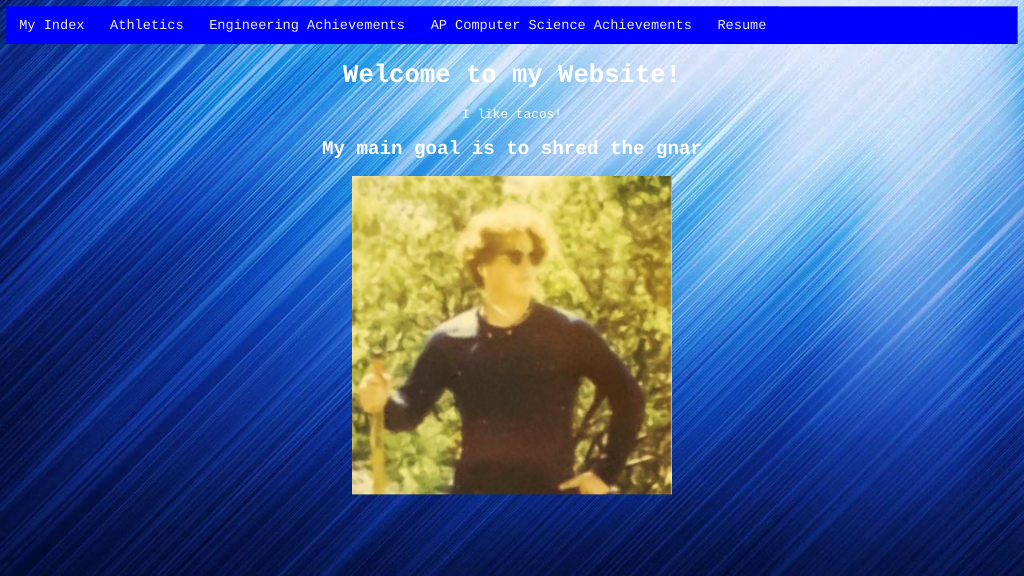
Repository: jacobsirois/jacobsirois.github.io
Page: index.html
The author's editor kept a record of every edit. The page is drawn from the files as they stood at one moment, then again after the next edit.
The browser window is 1280 px wide. The pictures show the whole page, at 80% of full size.
Backgrounds fixed to the window are drawn as part of the page.

Above is the page before.
Not found: index.css

### index.html
<!DOCTYPE html>
<html>
<head>
<title>Page Title</title>
<meta name="viewport" content="width=device-width, initial-scale=1">
<style>
img {
  display: block;
  margin-left: auto;
  margin-right: auto;
}
</style>
<style>
body {
  font-family: courier;
}

.topnav {
  overflow: hidden;
  background-color: blue;
}

.topnav a {
  float: left;
  display: block;
  background-color: blue;
  color: #f2f2f2;
  text-align: center;
  padding: 14px 16px;
  text-decoration: none;
  font-size: 17px;
}

.topnav a:hover {
  background-color: #ddd;
  color: black;
}

.active {
  background-color: #ff66a3;
  color: white;
}

.topnav .icon {
  display: none;
}

@media screen and (max-width: 600px) {
  .topnav a:not(:first-child) {display: none;}
  .topnav a.icon {
    float: right;
    display: block;
  }
}

@media screen and (max-width: 600px) {
  .topnav.responsive {position: relative;}
  .topnav.responsive .icon {
    position: absolute;
    right: 0;
    top: 0;
  }
  .topnav.responsive a {
    float: none;
    display: block;
    text-align: left;
  }
}
</style>
<style>
body {
  background-image: url('anotha background.jpg');
  background-repeat: no-repeat;
  background-attachment: fixed;
  background-size: 100% 100%;
}
</style>
<script>
function myFunction() {
    var x = document.getElementById("myTopnav");
    if (x.className === "topnav") {
        x.className += " responsive";
    } else {
        x.className = "topnav";
    }
}
</script>

<title>
"About Me"
<meta charset="utf-8">
</title>
<link href="index.css" rel="stylesheet" type="text/css">
<meta name="viewport" content="width=device-width, initial-scale=1">
<link rel="stylesheet" href="https://cdnjs.cloudflare.com/ajax/libs/font-awesome/4.7.0/css/font-awesome.min.css">



<div class="topnav" id="myTopnav">
  <a href="index.html" class="active">My Index</a>
  <a href="athletics.html">Athletics</a>
  <a href="engineering.html">Engineering Achievements</a>
  <a href="compsci.html">AP Computer Science Achievements</a>
  <a href="resume.html">Resume</a>
  <a href="javascript:void(0);" class="icon" onclick="myFunction()">
    <i class="fa fa-bars"></i>
  </a>
</div>

<h1 style="text-align:center;color:White;">Welcome to my Website!</h1>
<p style="text-align:center;color:White;">I like tacos!</p>
<h2 style="text-align:center;color:White;">My main goal is to shred the gnar</h2>
<img src="images/me pic.PNG" alt="Italian Trulli">


</body>
</html>

After the next edit:
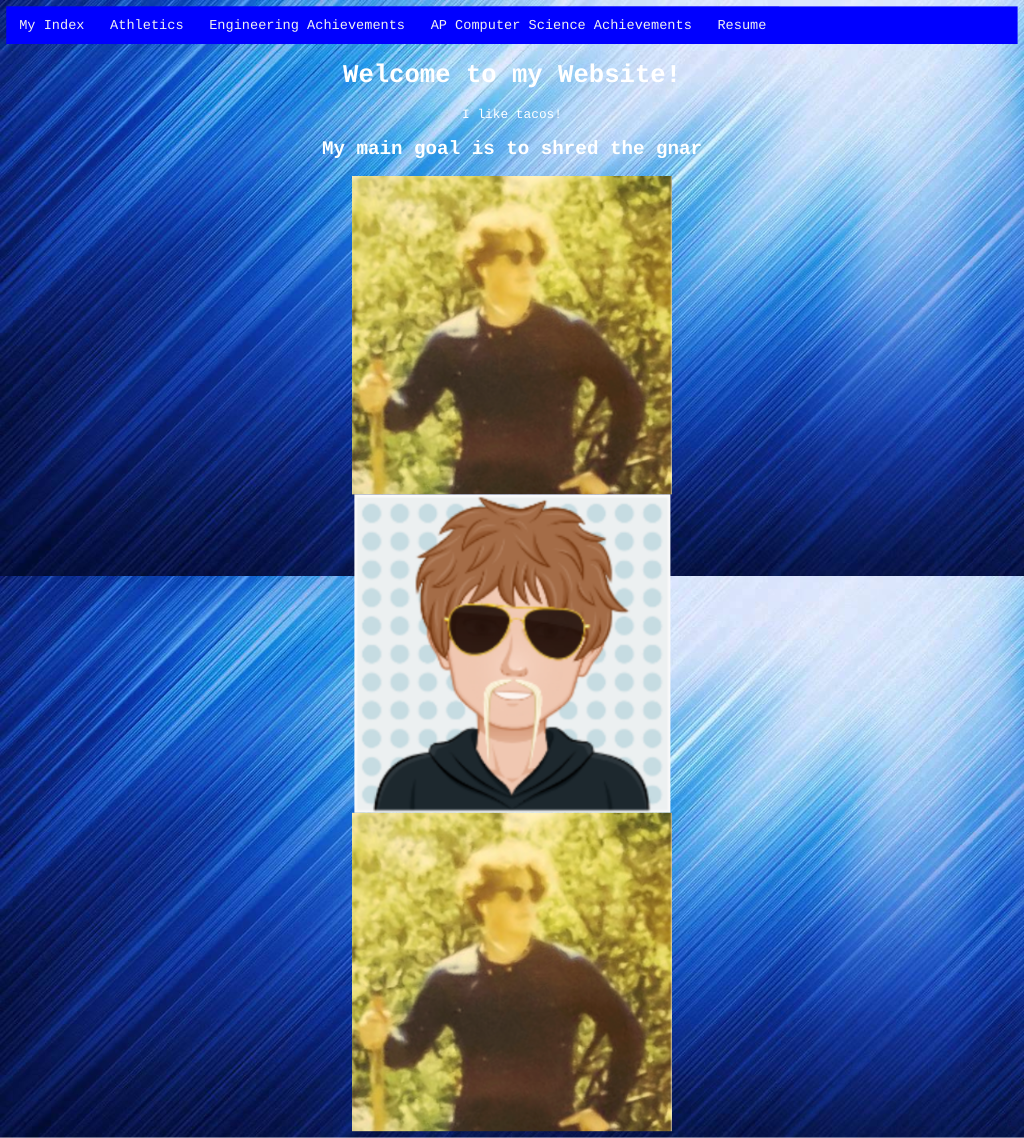
The edit:
--- a/index.html
+++ b/index.html
@@ -110,7 +110,11 @@
 <h1 style="text-align:center;color:White;">Welcome to my Website!</h1>
 <p style="text-align:center;color:White;">I like tacos!</p>
 <h2 style="text-align:center;color:White;">My main goal is to shred the gnar</h2>
+
 <img src="images/me pic.PNG" alt="Italian Trulli">
+<img src="images/avatar.jpg" alt="Italian Trulli">
+<img src="images/me pic.PNG" alt="Italian Trulli">
+
 
 
 </body>
